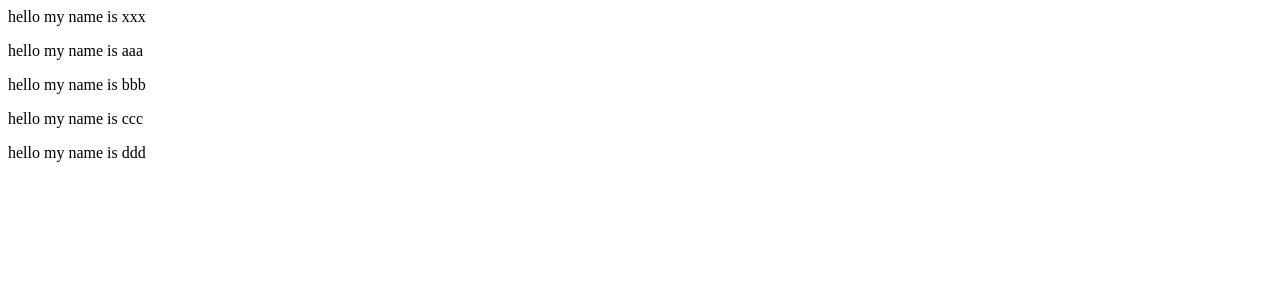
Repository: jedeyejed00/TheGameShaq
Page: http://localhost/ClassWork/lab7/function.php
The author's editor kept a record of every edit. The page is drawn from the files as they stood at one moment, then again after the next edit.
The browser window is 1280 px wide. The pictures show the whole page.
The page is run by PHP 8.4 with error messages shown; the project is at /var/www/html/.

Above is the page before.

### ClassWork/lab7/function.php
<?php

function greeting(){
    echo '<p> hello my name is rene L</p>';
}

?>

<p>hello my name is xxx </p>

<p>hello my name is aaa</p>

<p>hello my name is bbb</p>

<p>hello my name is ccc</p>

<p>hello my name is ddd</p>

After the next edit:
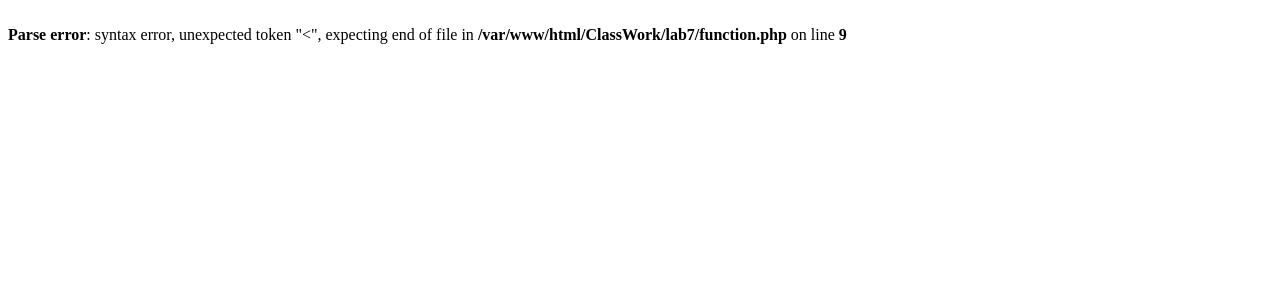
The edit:
--- a/ClassWork/lab7/function.php
+++ b/ClassWork/lab7/function.php
@@ -4,7 +4,7 @@
     echo '<p> hello my name is rene L</p>';
 }
 
-?>
+
 
 <p>hello my name is xxx </p>
 
